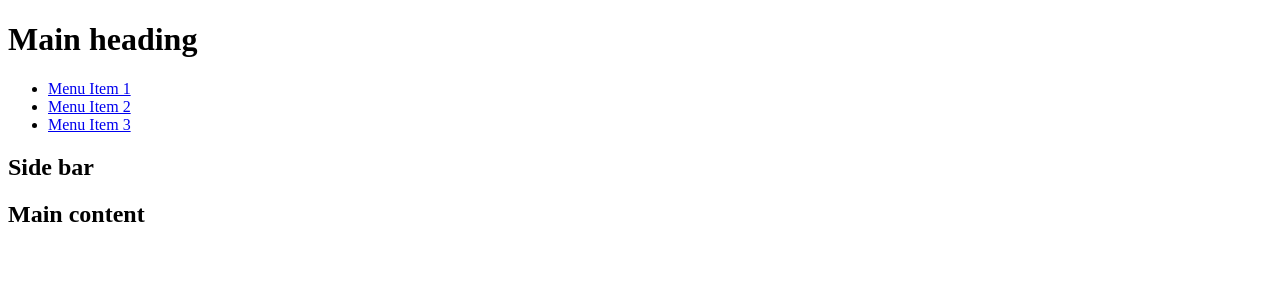
Repository: lasity34/first_layout
Page: index.html
These files come from the project's save history. The page is drawn as it stood at one moment and after the next save; the edit follows.
The browser window is 1280 px wide. The pictures show the whole page.

Above is the page before, as saved 2023-03-06 10:09:38.

After the next save:
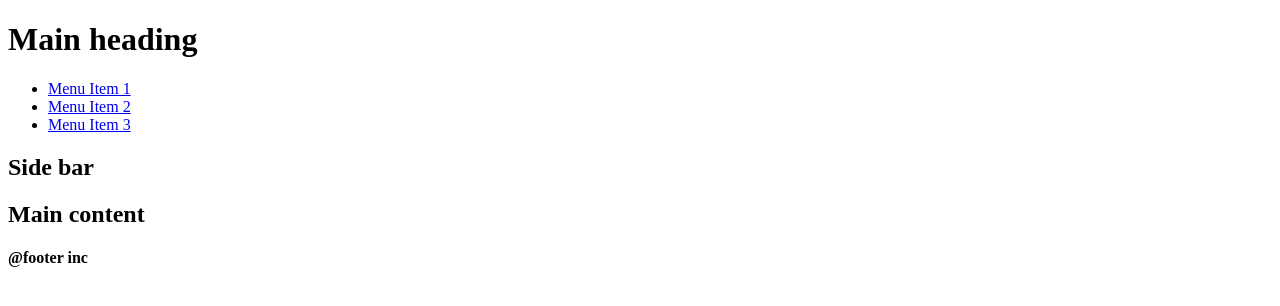
Saved 29 s later.
--- a/index.html
+++ b/index.html
@@ -25,7 +25,7 @@
                 <h2>Main content</h2>
             </div>
         </div>
-        <div class="footer"></div>
+        <div class="footer"><h4>@footer inc</h4></div>
     </div>
 </body>
 </html>
